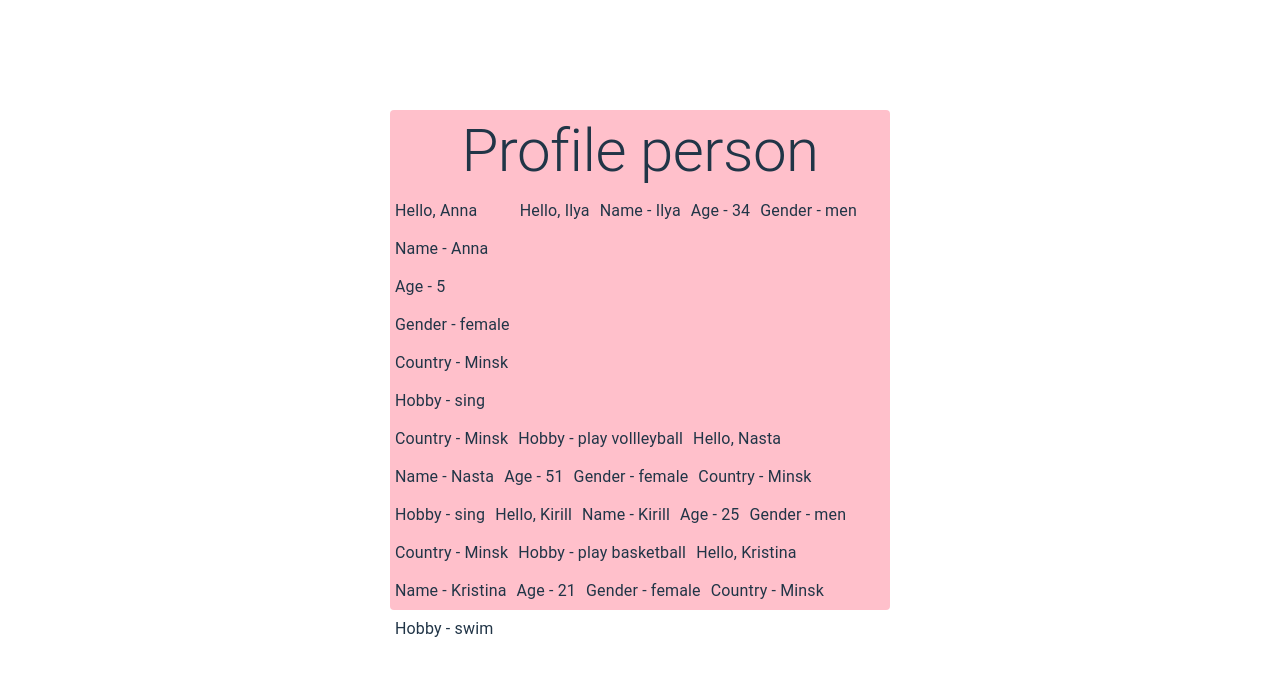
Repository: savannaaaas/props
Page: /
An editor plug-in stored every save of this project. The page is shown before and after the next save, followed by the edit.
The browser window is 1280 px wide. The pictures show the whole page.
The project was rebuilt for these pictures with package versions that can differ from the ones it lists, and the page was loaded fresh each time. Also part of the build but not shown: vite.config.js.

Above is the page before, as saved 2025-07-08 00:12:50.

After the next save:
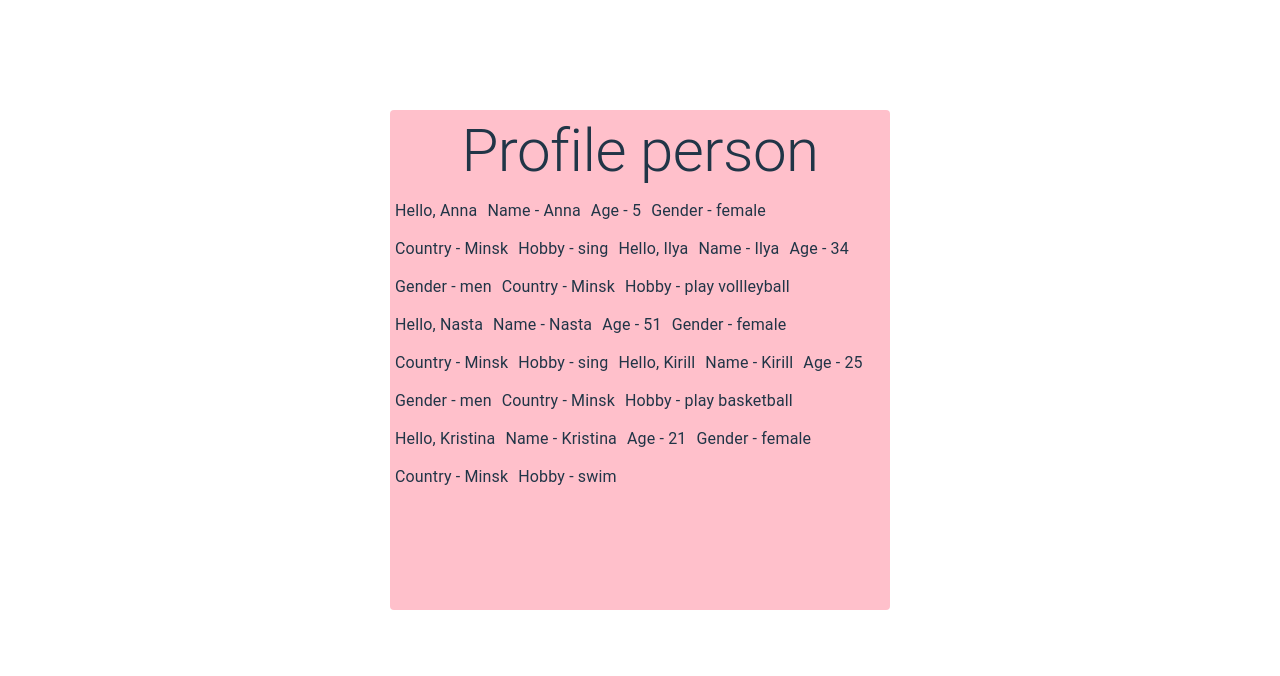
Saved 16 s later.
--- a/src/App.jsx
+++ b/src/App.jsx
@@ -34,16 +34,15 @@ function App() {
         Profile person
       </Typography>
       <Grid container direction="row">
-        <Grid>
-          <Person1
-            name={"Anna"}
-            age={5}
-            men={false}
-            obj={obj}
-            sayHello={sayHello}
-            hobbies={hobbies}
-          />
-        </Grid>
+        <Person1
+          name={"Anna"}
+          age={5}
+          men={false}
+          obj={obj}
+          sayHello={sayHello}
+          hobbies={hobbies}
+        />
+
         <Person2
           name={"Ilya"}
           age={34}
